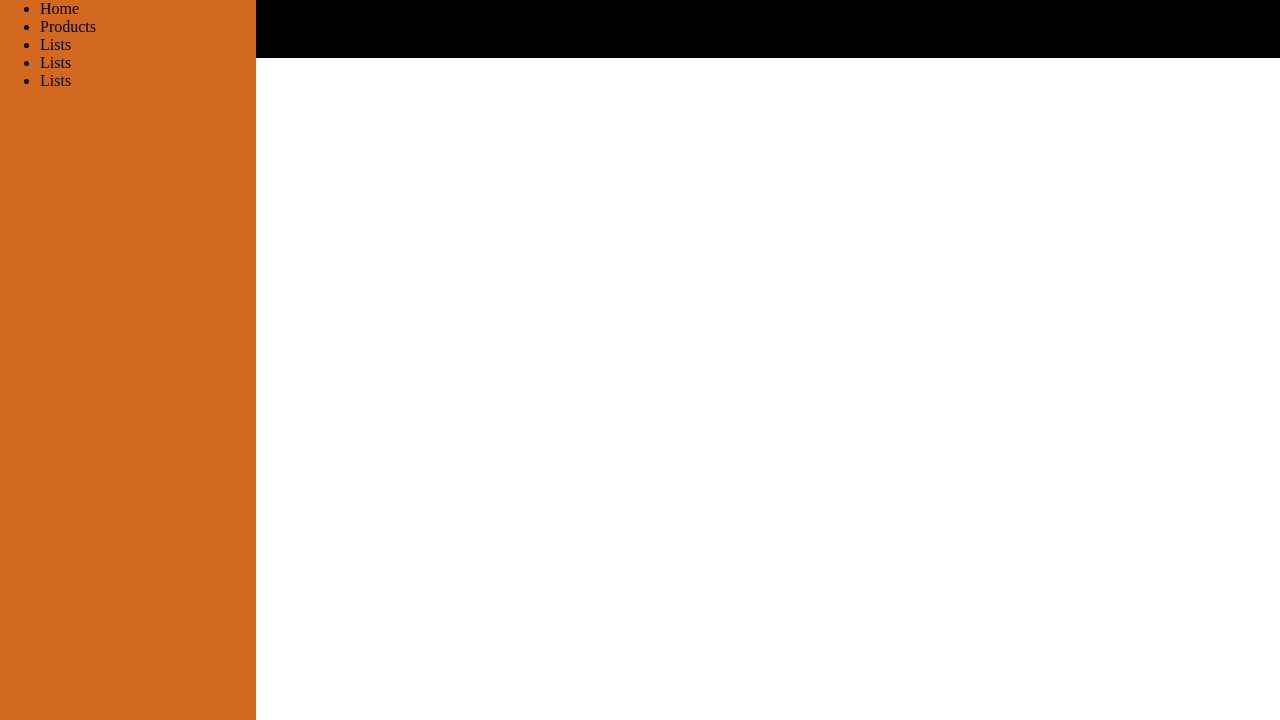
Repository: hemantsaini-7/React_Basics
Page: / (app in SIDEBAR/)
An editor plug-in stored every save of this project. The page is shown before and after the next save, followed by the edit.
The browser window is 1280 px wide. The pictures show the whole page.
The project was rebuilt for these pictures with package versions that can differ from the ones it lists, and the page was loaded fresh each time. Also part of the build but not shown: SIDEBAR/src/components/Sidebar.js.

Above is the page before, as saved 2020-11-15 20:22:31.

### SIDEBAR/src/App.js
import React from 'react';
import './App.css';
import Navbar from './components/Navbar'

function App() {
  return (
    <div>
      <Navbar/>
    </div>
  );
}

export default App;

### SIDEBAR/src/App.css
* {
  margin: 0px;
}
nav {
  background-color: black;
  color: white;
  padding: 20px;
  position: fixed;
  width: 100vw;
}
.ul {
  background-color: aqua;
}
.li {
  background-color: chartreuse;
}
.side-active {
  background-color: chocolate;
  height: 100vh;
  width: 20vw;
  position: fixed;
  top: 0;
  /* left: -100%; */
}
.side-deactive {
  background-color: aqua;
  height: 100vh;
  width: 20vw;
  position: fixed;
  top: 0;
  left: 0%;
}

### SIDEBAR/src/components/Navbar.js
import React from 'react'
import { useState } from 'react'
import Sidebar from './Sidebar'

function Navbar() {
    const [sidebar,setsidebar]=useState(true);

const ClickHandler=()=>{
    setsidebar(!sidebar);
}

    return (
        <>
        <nav>
            <span onClick={ClickHandler}>$$$</span>
        </nav>

        <div className={sidebar ? "side-active" : "side-deactive"}>
            <ul>
                <li>Home</li>
                <li>Products</li>
                <li>Lists</li>
                <li>Lists</li>
                <li>Lists</li>
            </ul>
        </div>
        </>
    )
}

export default Navbar

Loaded but not shown: SIDEBAR/public/index.html (common file); SIDEBAR/src/index.js (common file)

After the next save:
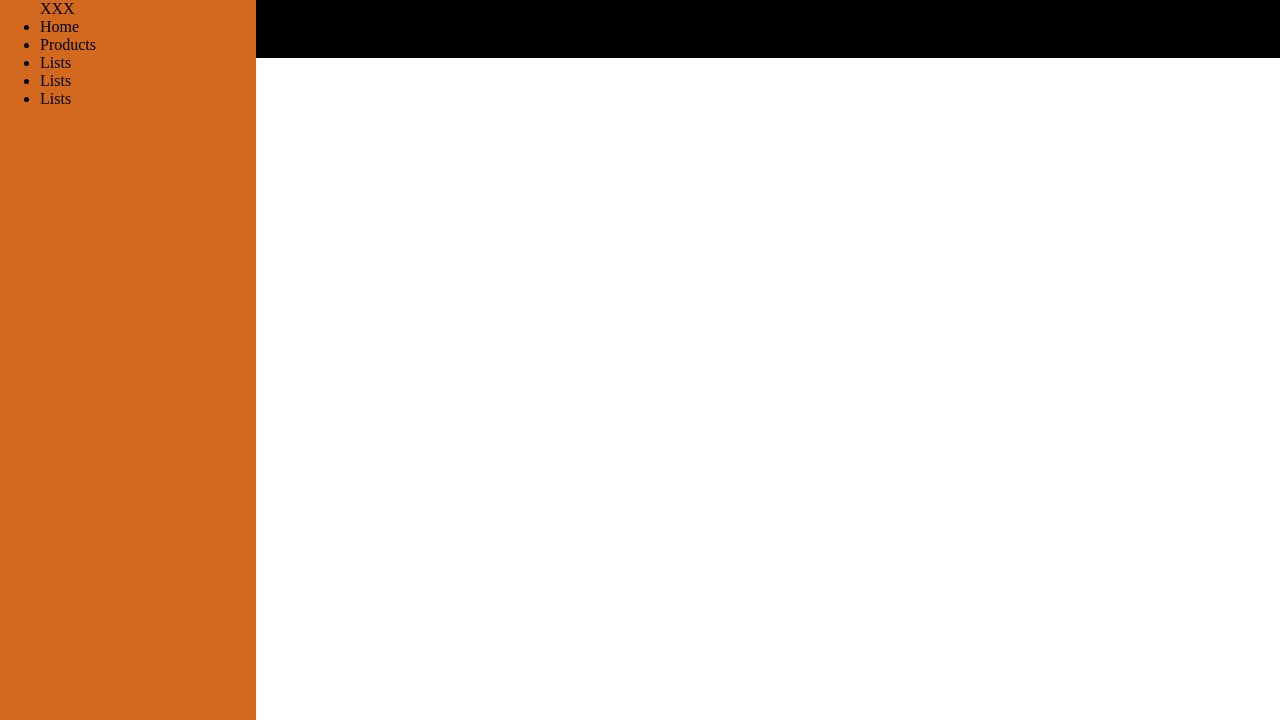
Saved 18 s later.
--- a/SIDEBAR/src/components/Navbar.js
+++ b/SIDEBAR/src/components/Navbar.js
@@ -17,6 +17,7 @@ const ClickHandler=()=>{
 
         <div className={sidebar ? "side-active" : "side-deactive"}>
             <ul>
+                <span>XXX</span>
                 <li>Home</li>
                 <li>Products</li>
                 <li>Lists</li>
